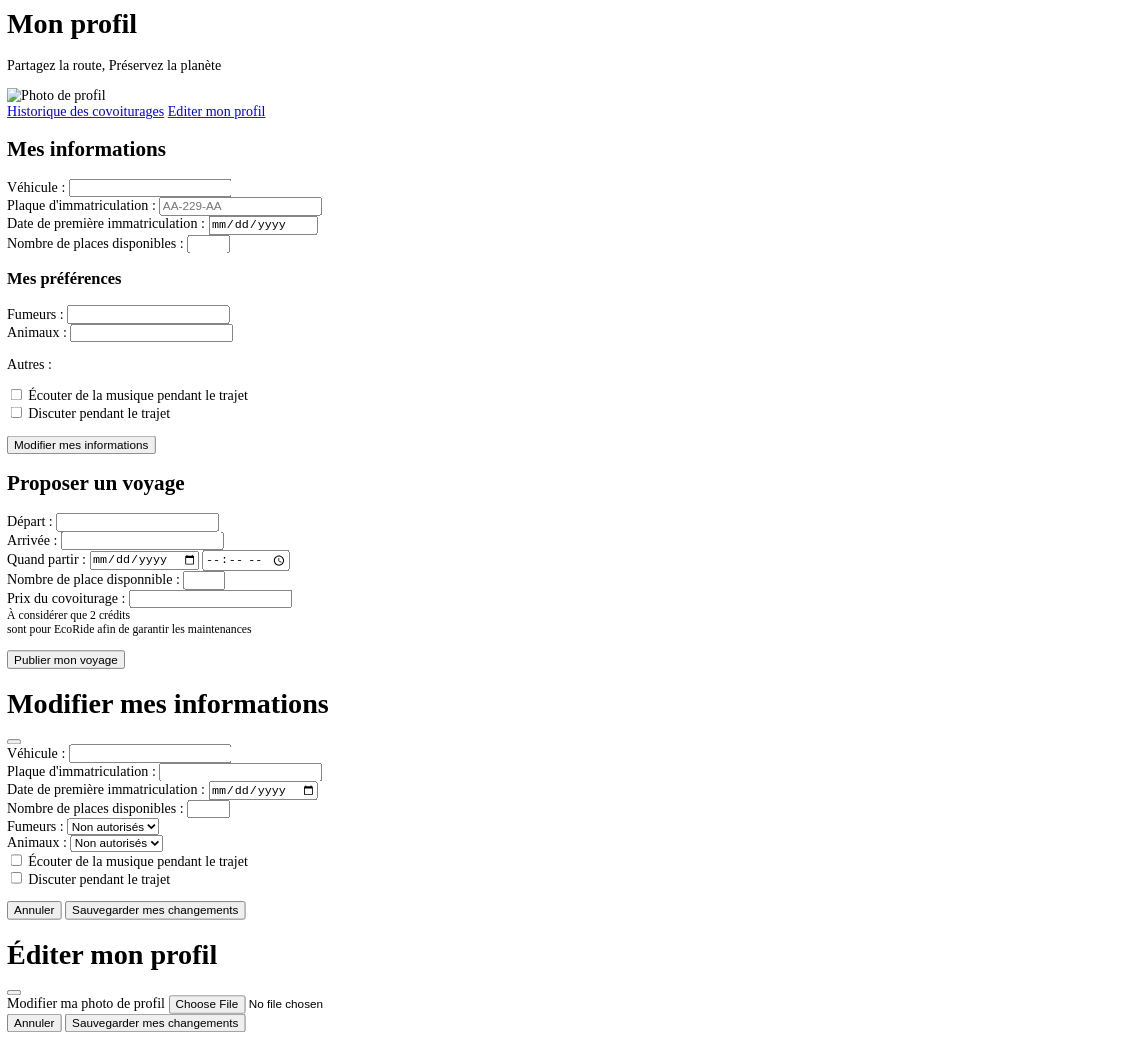
Repository: lemonhao9/ECF
Page: pages/auth/profile.html
These files come from the project's save history. The page is drawn as it stood at one moment and after the next save; the edit follows.
The browser window is 1280 px wide. The pictures show the whole page, at 88% of full size.

Above is the page before, as saved 2025-02-17 16:34:28.

After the next save:
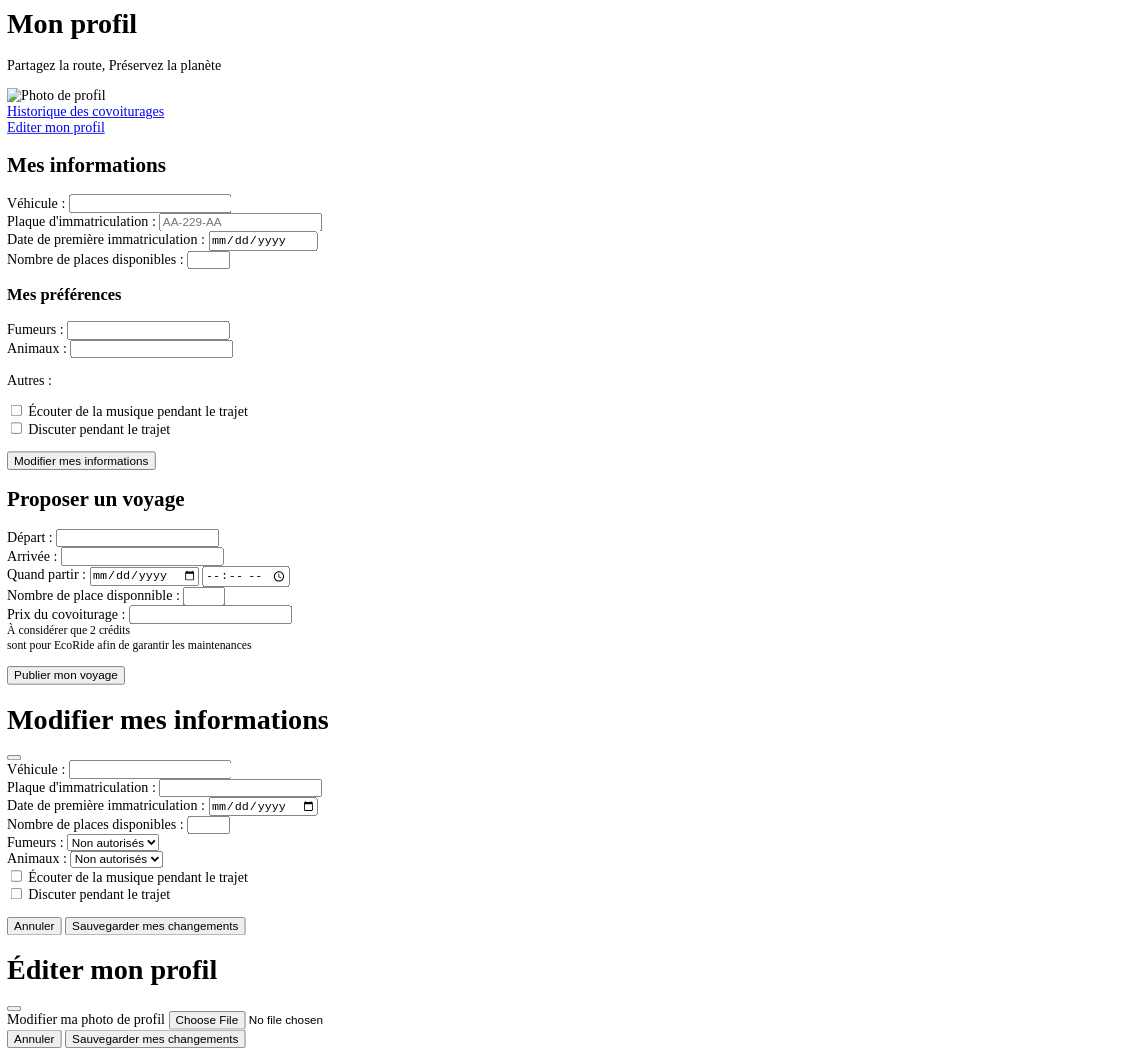
Saved 18 s later.
--- a/pages/auth/profile.html
+++ b/pages/auth/profile.html
@@ -7,7 +7,7 @@
 <aside>
     <div>
         <img src="" alt="Photo de profil" class="w-25 h-25"> <br>
-        <a href="/historiqueCovoit">Historique des covoiturages</a>
+        <a href="/historiqueCovoit">Historique des covoiturages</a> <br>
         <a href="#" data-bs-toggle="modal" data-bs-target="#modalEdition">Editer mon profil</a>
     </div>
 </aside>
